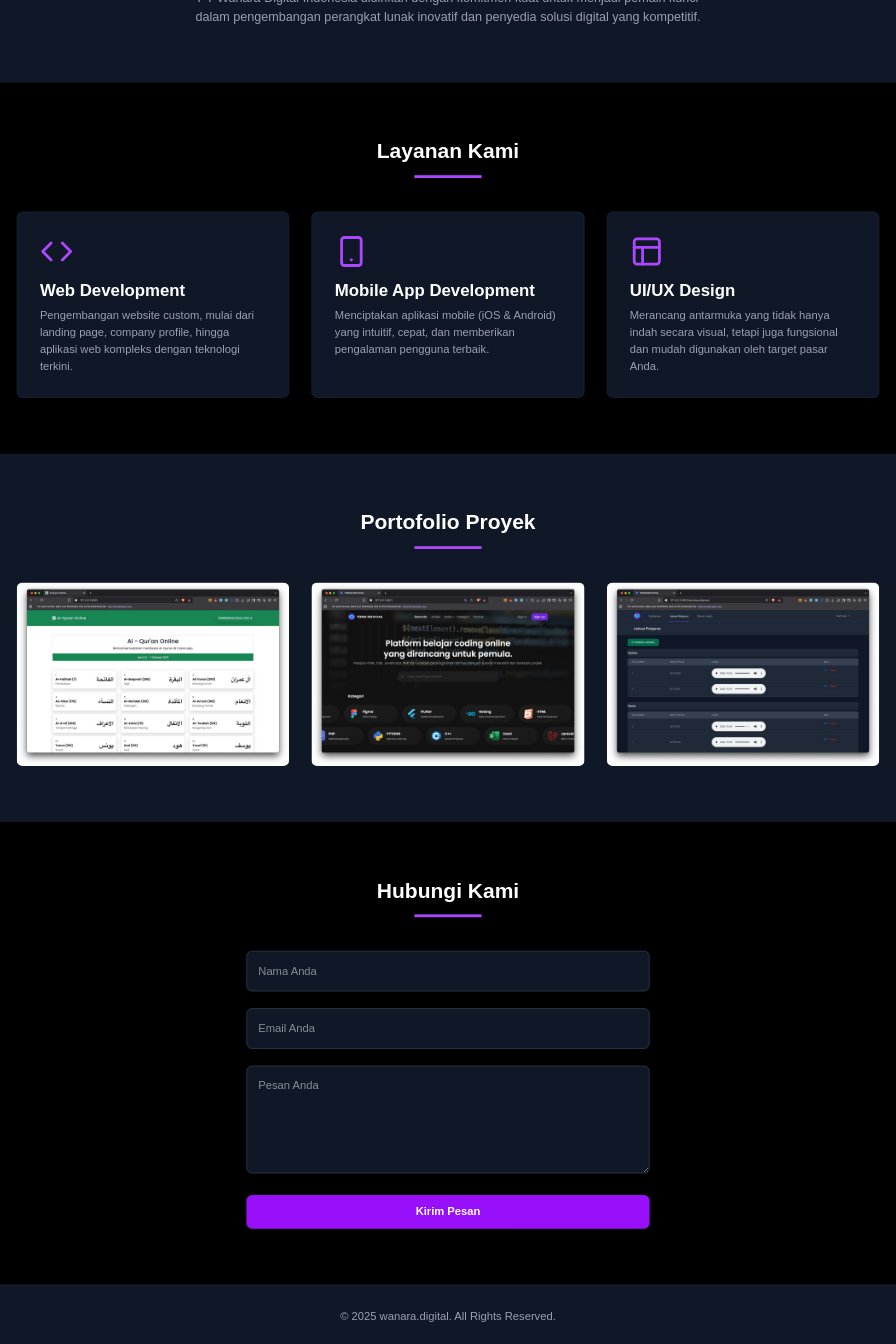
Repository: EmilMaulana/wanara-digital
Page: /
An editor plug-in stored every save of this project. The page is shown before and after the next save, followed by the edit.
The browser window is 1280 px wide. The pictures show the part of the page from y = 905 to 2825 px (the page is 2830 px tall), at 70% of full size.
The project was rebuilt for these pictures with package versions that can differ from the ones it lists, and the page was loaded fresh each time. The framework's server and built-in components were replaced by stand-ins that run in the browser. Also part of the build but not shown: next.config.mjs.

Above is the page before, as saved 2025-06-07 15:43:15.

### src/app/layout.js
import { Geist, Geist_Mono } from "next/font/google";
import "./globals.css";

const geistSans = Geist({
  variable: "--font-geist-sans",
  subsets: ["latin"],
});

const geistMono = Geist_Mono({
  variable: "--font-geist-mono",
  subsets: ["latin"],
});

export const metadata = {
  title: "Wanara Digital",
  description: "Generated by create next app",
};

export default function RootLayout({ children }) {
  return (
    <html lang="en">
      <body
        className={`${geistSans.variable} ${geistMono.variable} antialiased`}
      >
        {children}
      </body>
    </html>
  );
}

### src/app/page.js
import { FiCode, FiLayout, FiSmartphone, FiArrowRight } from 'react-icons/fi';

export default function Home() {
  return (
    <div className="bg-black text-white">
      {/* Header */}
      <header className="fixed top-0 left-0 right-0 z-50 bg-black bg-opacity-80 backdrop-blur-sm">
        <div className="container mx-auto px-6 py-4 flex justify-between items-center">
          <h1 className="text-2xl font-bold">
            wanara<span className="text-purple-500">.digital</span>
          </h1>
          <nav className="hidden md:flex space-x-8">
            <a href="#about" className="hover:text-purple-400 transition-colors">Tentang Kami</a>
            <a href="#services" className="hover:text-purple-400 transition-colors">Layanan</a>
            <a href="#portfolio" className="hover:text-purple-400 transition-colors">Portofolio</a>
            <a href="#contact" className="hover:text-purple-400 transition-colors">Kontak</a>
          </nav>
        </div>
      </header>

      <main>
        {/* Hero Section */}
        <section
          id="home"
          className="min-h-screen flex items-center bg-cover bg-center"
          style={{ backgroundImage: "url('/hero-bg.jpg')" }}
        >
          <div className="absolute inset-0 bg-black opacity-70"></div>
          <div className="container mx-auto px-6 text-center relative z-10">
            <h2 className="text-4xl md:text-6xl font-extrabold leading-tight mb-4">
              Membangun Solusi Digital <br /> Inovatif untuk Masa Depan
            </h2>
            <p className="text-lg md:text-xl text-gray-300 mb-8 max-w-3xl mx-auto">
              Kami adalah partner teknologi Anda dalam menciptakan perangkat lunak yang andal, skalabel, dan modern.
            </p>
            <a
              href="#contact"
              className="bg-purple-600 hover:bg-purple-700 text-white font-bold py-3 px-8 rounded-full transition-transform transform hover:scale-105 inline-flex items-center"
            >
              Diskusikan Proyek Anda <FiArrowRight className="ml-2" />
            </a>
          </div>
        </section>

        {/* About Us Section */}
        <section id="about" className="py-20 bg-gray-900">
          <div className="container mx-auto px-6 text-center">
            <h3 className="text-3xl font-bold mb-4">Tentang wanara.digital</h3>
            <div className="w-24 h-1 bg-purple-500 mx-auto mb-8"></div>
            <p className="text-gray-400 max-w-3xl mx-auto text-lg">
            PT Wanara Digital Indonesia didirikan dengan komitmen kuat untuk menjadi pemain kunci dalam pengembangan perangkat lunak inovatif dan penyedia solusi digital yang kompetitif.
            </p>
          </div>
        </section>

        {/* Services Section */}
        <section id="services" className="py-20 bg-black">
          <div className="container mx-auto px-6">
            <h3 className="text-3xl font-bold text-center mb-4">Layanan Kami</h3>
            <div className="w-24 h-1 bg-purple-500 mx-auto mb-12"></div>
            <div className="grid grid-cols-1 md:grid-cols-3 gap-8">
              {/* Service Card 1 */}
              <div className="bg-gray-900 p-8 rounded-lg border border-gray-800 hover:border-purple-500 transition-all duration-300">
                <FiCode className="text-5xl text-purple-500 mb-4" />
                <h4 className="text-2xl font-bold mb-2">Web Development</h4>
                <p className="text-gray-400">
                  Pengembangan website custom, mulai dari landing page, company profile, hingga aplikasi web kompleks dengan teknologi terkini.
                </p>
              </div>
              {/* Service Card 2 */}
              <div className="bg-gray-900 p-8 rounded-lg border border-gray-800 hover:border-purple-500 transition-all duration-300">
                <FiSmartphone className="text-5xl text-purple-500 mb-4" />
                <h4 className="text-2xl font-bold mb-2">Mobile App Development</h4>
                <p className="text-gray-400">
                  Menciptakan aplikasi mobile (iOS & Android) yang intuitif, cepat, dan memberikan pengalaman pengguna terbaik.
                </p>
              </div>
              {/* Service Card 3 */}
              <div className="bg-gray-900 p-8 rounded-lg border border-gray-800 hover:border-purple-500 transition-all duration-300">
                <FiLayout className="text-5xl text-purple-500 mb-4" />
                <h4 className="text-2xl font-bold mb-2">UI/UX Design</h4>
                <p className="text-gray-400">
                  Merancang antarmuka yang tidak hanya indah secara visual, tetapi juga fungsional dan mudah digunakan oleh target pasar Anda.
                </p>
              </div>
            </div>
          </div>
        </section>

        {/* Portfolio Section */}
        <section id="portfolio" className="py-20 bg-gray-900">
          <div className="container mx-auto px-6">
            <h3 className="text-3xl font-bold text-center mb-4">Portofolio Proyek</h3>
            <div className="w-24 h-1 bg-purple-500 mx-auto mb-12"></div>
            <div className="grid grid-cols-1 md:grid-cols-2 lg:grid-cols-3 gap-8">
              {/* Ganti dengan data proyek Anda */}
              <div className="group relative overflow-hidden rounded-lg">
                <img src="./img/proyek 1.jpeg" alt="Proyek A" className="w-full h-full object-cover transition-transform duration-500 group-hover:scale-110" />
                <div className="absolute inset-0 bg-black bg-opacity-70 flex items-center justify-center opacity-0 group-hover:opacity-100 transition-opacity duration-300">
                  <div className="text-center">
                    <h4 className="text-xl font-bold">Aplikasi Manajemen Proyek</h4>
                    <p className="text-sm text-gray-300">Web Development</p>
                  </div>
                </div>
              </div>
              <div className="group relative overflow-hidden rounded-lg">
                <img src="./img/proyek 2.jpeg" alt="Proyek B" className="w-full h-full object-cover transition-transform duration-500 group-hover:scale-110" />
                <div className="absolute inset-0 bg-black bg-opacity-70 flex items-center justify-center opacity-0 group-hover:opacity-100 transition-opacity duration-300">
                   <div className="text-center">
                    <h4 className="text-xl font-bold">Al-Quran Online</h4>
                    <p className="text-sm text-gray-300">Web Aplication</p>
                  </div>
                </div>
              </div>
              <div className="group relative overflow-hidden rounded-lg">
                <img src="./img/proyek 3.jpeg" alt="Proyek C" className="w-full h-full object-cover transition-transform duration-500 group-hover:scale-110" />
                <div className="absolute inset-0 bg-black bg-opacity-70 flex items-center justify-center opacity-0 group-hover:opacity-100 transition-opacity duration-300">
                   <div className="text-center">
                    <h4 className="text-xl font-bold">Company Website</h4>
                    <p className="text-sm text-gray-300">Web Aplication</p>
                  </div>
                </div>
              </div>
            </div>
          </div>
        </section>

        {/* Contact Section */}
        <section id="contact" className="py-20 bg-black">
          <div className="container mx-auto px-6">
            <h3 className="text-3xl font-bold text-center mb-4">Hubungi Kami</h3>
            <div className="w-24 h-1 bg-purple-500 mx-auto mb-12"></div>
            <div className="max-w-xl mx-auto">
              <form className="space-y-6">
                <input type="text" placeholder="Nama Anda" className="w-full p-4 bg-gray-900 border border-gray-700 rounded-lg focus:outline-none focus:border-purple-500" />
                <input type="email" placeholder="Email Anda" className="w-full p-4 bg-gray-900 border border-gray-700 rounded-lg focus:outline-none focus:border-purple-500" />
                <textarea placeholder="Pesan Anda" rows="5" className="w-full p-4 bg-gray-900 border border-gray-700 rounded-lg focus:outline-none focus:border-purple-500"></textarea>
                <button type="submit" className="w-full bg-purple-600 hover:bg-purple-700 text-white font-bold py-3 px-8 rounded-lg transition-colors">
                  Kirim Pesan
                </button>
              </form>
            </div>
          </div>
        </section>
      </main>

      {/* Footer */}
      <footer className="bg-gray-900 border-t border-gray-800">
        <div className="container mx-auto px-6 py-8 text-center text-gray-400">
          <p>&copy; {new Date().getFullYear()} wanara.digital. All Rights Reserved.</p>
        </div>
      </footer>
    </div>
  );
}

Loaded but not shown: src/app/globals.css (common file)

After the next save:
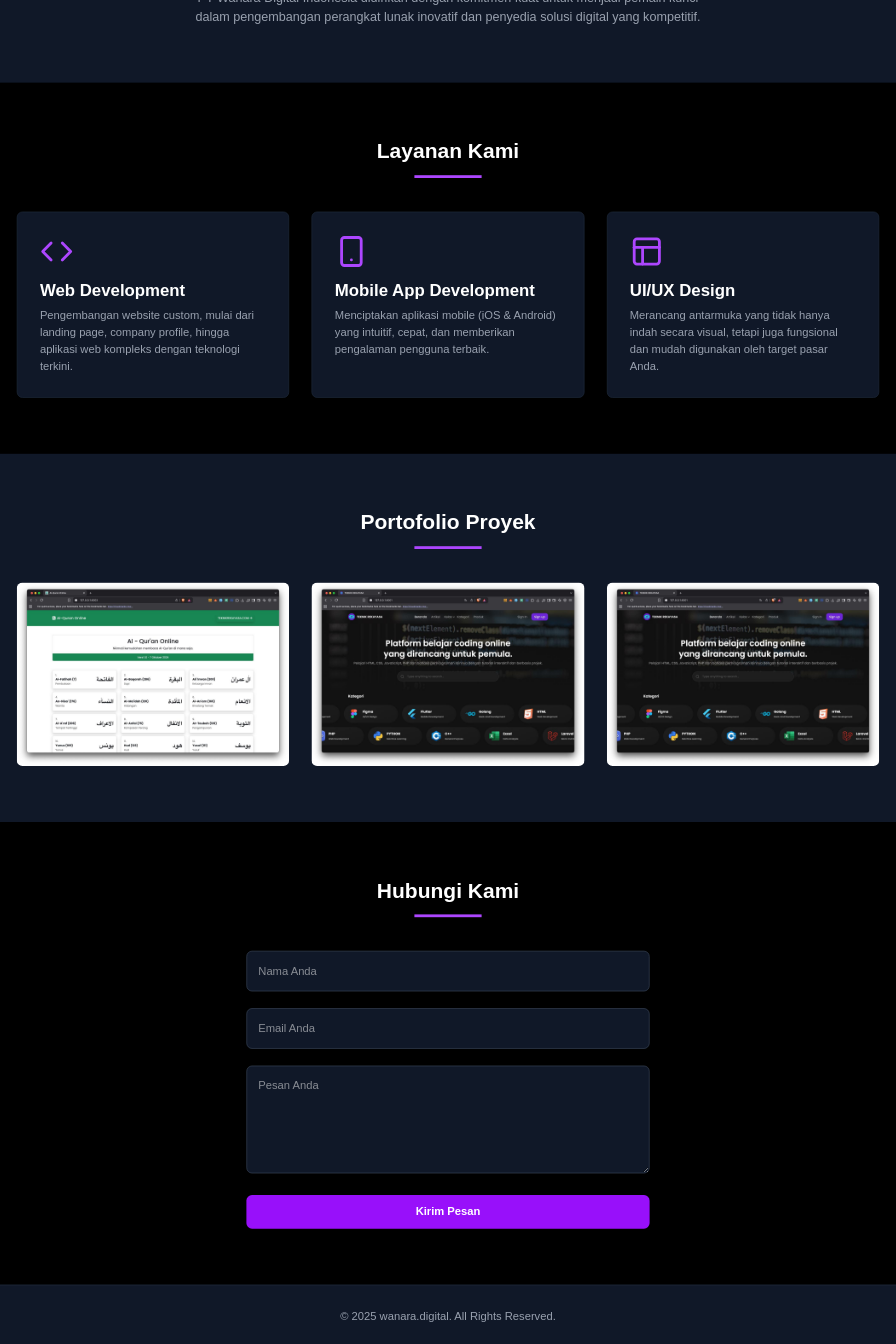
Saved 36 s later.
--- a/src/app/page.js
+++ b/src/app/page.js
@@ -113,7 +113,7 @@ export default function Home() {
                 </div>
               </div>
               <div className="group relative overflow-hidden rounded-lg">
-                <img src="./img/proyek 3.jpeg" alt="Proyek C" className="w-full h-full object-cover transition-transform duration-500 group-hover:scale-110" />
+                <img src="./img/proyek 2.jpeg" alt="Proyek C" className="w-full h-full object-cover transition-transform duration-500 group-hover:scale-110" />
                 <div className="absolute inset-0 bg-black bg-opacity-70 flex items-center justify-center opacity-0 group-hover:opacity-100 transition-opacity duration-300">
                    <div className="text-center">
                     <h4 className="text-xl font-bold">Company Website</h4>
